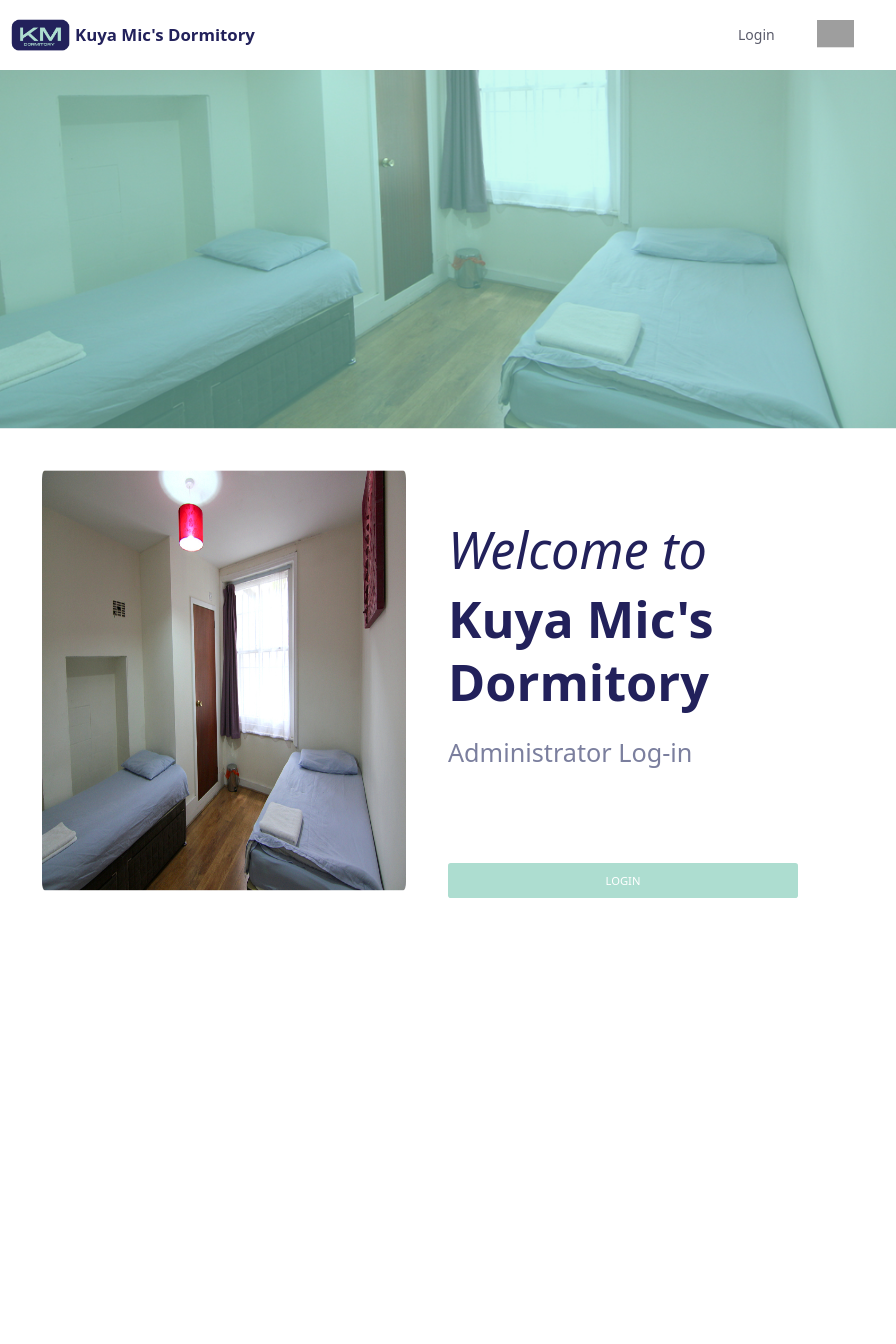
Repository: theamgri/Dormitory-Management-System
Page: index.html
The author's editor kept a copy of each file at every save. The page is drawn from the files as they stood at one save, then again after the next save.
The browser window is 1280 px wide. The pictures show the part of the page from y = 0 to 1920 px (the page is 17892 px tall), at 70% of full size.
Pictures or frames that could not be fetched are drawn as grey boxes. Some web libraries are served in a nearby version.

Above is the page before, as saved 2022-12-06 09:40:17.

After the next save:
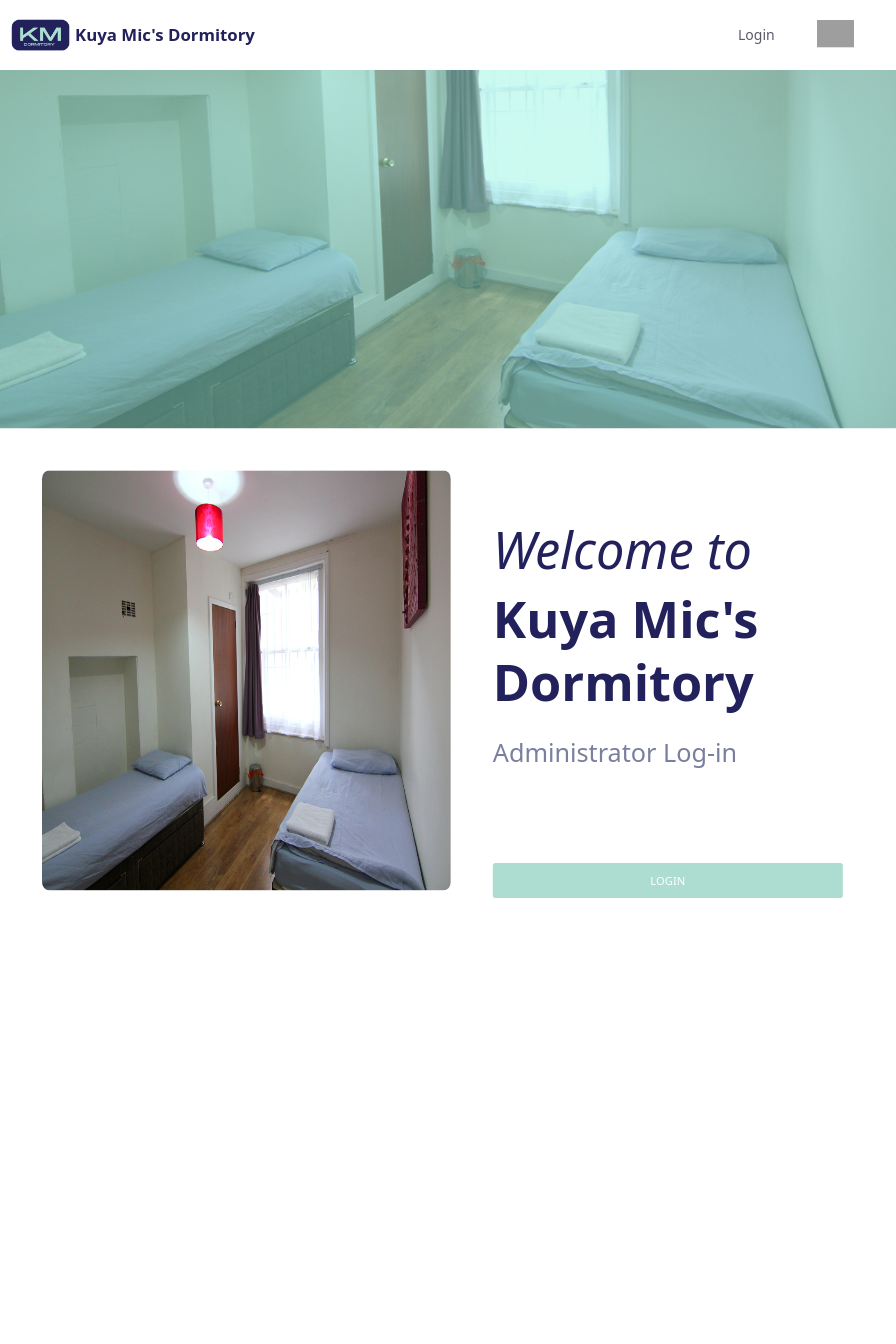
Saved 9 s later.
--- a/index.html
+++ b/index.html
@@ -43,7 +43,7 @@
     </div>
     <div>
         <div class=" w-full bg-cover bg-center" style="height: 1080rem; background-image: url(background.png);">
-        <img src="/assets/dorm.png" style="float: left;height:45rem; width:40rem; padding: 60px; border-radius: 10%">
+        <img src="/assets/dorm.png" style="float: left;height:45rem; width:44rem; padding: 60px; border-radius: 10%">
         <h1 class="sm:leading-tight sm:text-7xl mt-0 mb-2" style="color: #22215B; font-style: italic; padding-top:10%; padding-left: 10rem;">Welcome to</h1>
         <h1 class="font-Montserrat font-bold leading-tight text-7xl mt-0 mb-2" style="color: #22215B; padding-top:0%; padding-left: 10;">Kuya Mic's Dormitory</h1>
 
